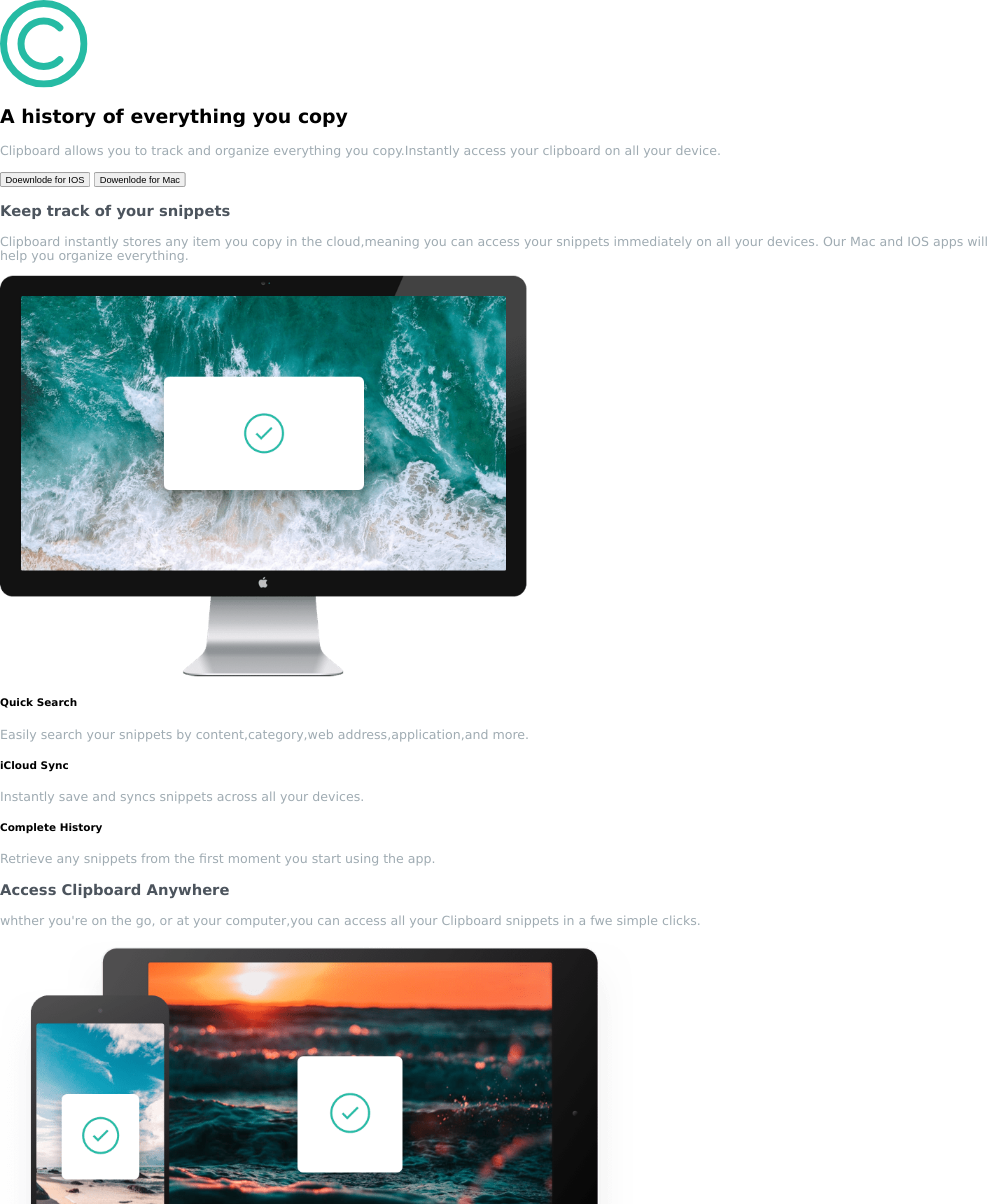
Repository: moataz305G/Clipboard-landing-page
Page: index.html
An editor plug-in stored every save of this project. The page is shown before and after the next save, followed by the edit.
The browser window is 1280 px wide. The page is 1440 px wide, so the pictures cover 1440 px, including what lies to the right of the window. The pictures show the part of the page from y = 0 to 1720 px (the page is 2778 px tall before and 2774 px after), at 70% of full size.

Above is the page before, as saved 2025-12-04 10:23:52.

After the next save:
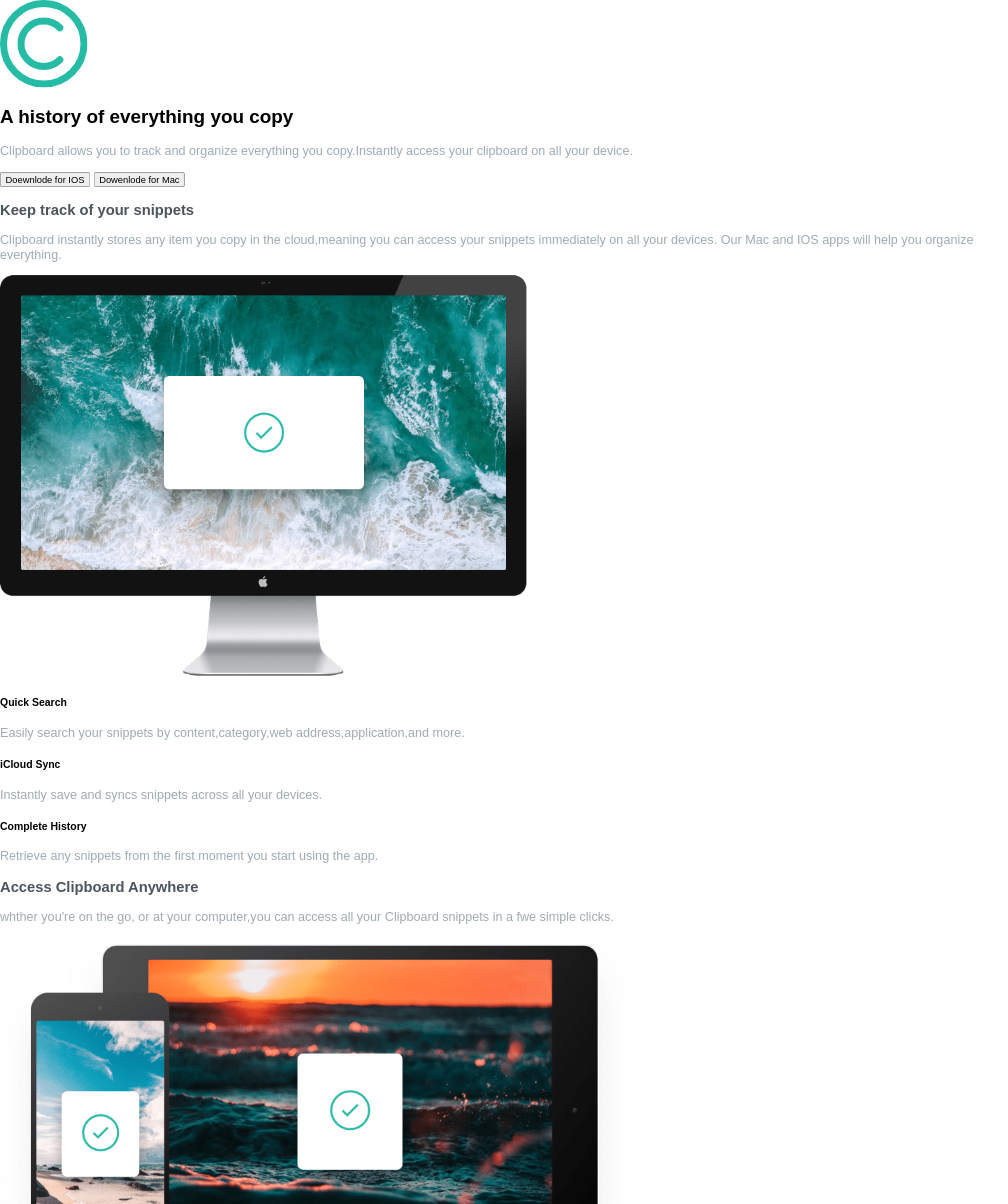
Saved 2 min 55 s later.
--- a/style.css
+++ b/style.css
@@ -5,7 +5,7 @@
   height: auto;
   margin: 0 auto;
   font-size: 18px;
-  font-family: Verdana, Geneva, Tahoma, sans-serif;
+  font-family: sans-serif;
 }
 h2 {
   color: #000;
@@ -16,3 +16,6 @@
 p {
   color: #9fabb2;
 }
+
+.container {
+}
